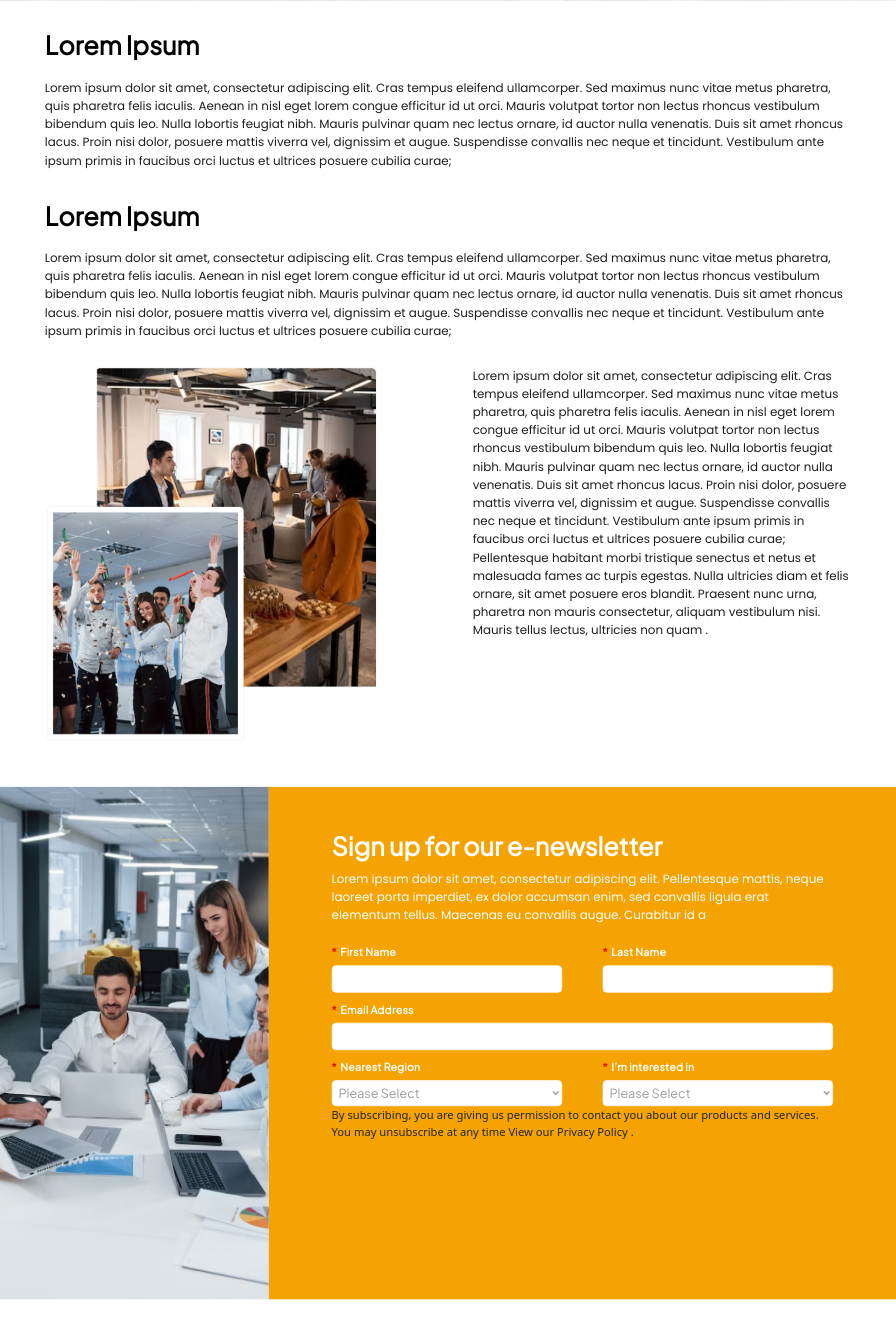
Repository: Akash8377/Hospitality-website
Page: /about-us
These files come from the project's save history. The page is drawn as it stood at one moment and after the next save; the edit follows.
The browser window is 1280 px wide. The pictures show the part of the page from y = 683 to 2603 px (the page is 2603 px tall), at 70% of full size.
Some web libraries are served in a nearby version. The project was rebuilt for these pictures with package versions that can differ from the ones it lists, and the page was loaded fresh each time. Also part of the build but not shown: src/Component/Partial/heading-cont.js, src/Component/Shared/about-us.js, src/Component/Shared/Banner.js, src/Component/Shared/popular-jobs.js, src/Component/Sliders/ServiceSlider.js, src/Component/Sliders/ReviewSlider.js, src/Component/Partial/index-banner.js, src/Component/Partial/index-buisness-banner.js and 2 more.

Above is the page before, as saved 2023-07-07 12:17:02.

### public/index.html
<!-- @format -->

<!DOCTYPE html>
<html lang="en">
  <head>
    <meta charset="utf-8" />
    <link rel="icon" href="%PUBLIC_URL%/favicon.ico" />
    <meta name="viewport" content="width=device-width, initial-scale=1" />
    <meta name="theme-color" content="#000000" />
    <meta
      name="description"
      content="Web site created using create-react-app"
    />
    <link rel="apple-touch-icon" href="%PUBLIC_URL%/logo192.png" />
    <link rel="manifest" href="%PUBLIC_URL%/manifest.json" />

    <link rel="preconnect" href="https://fonts.googleapis.com" />
    <link rel="preconnect" href="https://fonts.gstatic.com" crossorigin />
    <link href="https://fonts.googleapis.com/css2?family=Plus+Jakarta+Sans&family=Poppins&display=swap" rel="stylesheet">
    <title>React App</title>
  </head>
  <body>
    <noscript>You need to enable JavaScript to run this app.</noscript>
    <div id="root"></div>
  </body>
  <script src="https://kit.fontawesome.com/b533b351e4.js" crossorigin="anonymous"></script>
</html>

### src/index.css
/** @format */

body {
  margin: 0;
  padding: 0;
  font-family: -apple-system, BlinkMacSystemFont, "Segoe UI", "Roboto", "Oxygen",
    "Ubuntu", "Cantarell", "Fira Sans", "Droid Sans", "Helvetica Neue",
    sans-serif;
  -webkit-font-smoothing: antialiased;
  -moz-osx-font-smoothing: grayscale;
}

code {
  font-family: source-code-pro, Menlo, Monaco, Consolas, "Courier New",
    monospace;
}

### src/App.js
import React from 'react'
import {  BrowserRouter  , Route , Routes } from 'react-router-dom'
import HomePage from './Pages/HomePage'



// Css
import './Css/Navbar.css'
import './Css/Lap.css'
import AboutUs from './Pages/AboutUs'
const App = () => {
  return (
    <>
      <BrowserRouter>
        <Routes>
            <Route path='/' element={<HomePage />} />
            <Route path='/about-us' element={<AboutUs />} />
        </Routes>
      </BrowserRouter>
    </>
  )
}

export default App

### src/Css/Navbar.css
/** @format */

.Navbar {
  display: flex;
  justify-content: space-evenly;
  box-shadow: 0px 10px 30px 0px rgba(0, 0, 0, 0.25);
  background-color: #033c59;
  padding: 20px;
  align-items: center;
}
.Navbar .main {
  width: 15%;
  text-align: center;
}
.Navbar .main a {
  text-decoration: none;
  color: #fff;
  font-size: 20px;
  font-family: Plus Jakarta Sans;
  font-style: normal;
  font-weight: 400;
  line-height: 24px;
  letter-spacing: 1px;
  margin: 0;
}

.Navbar .main img {
  display: block;
  margin: auto;
  max-width: 100%;
}
.Navbar .main div {
  border-radius: 24px;
  border: 1px solid #f3f4f6;
  background: #eee;
  padding: 8px;
  display: flex;
  justify-content: space-between;
  padding-left: 10px;
  padding-right: 10px;
}
.Navbar .main div input {
  border: none;
  background-color: transparent;
  outline: none;
  color: #6b7280;
  font-size: 14px;
  font-family: Plus Jakarta Sans;
  font-style: normal;
  font-weight: 400;
  line-height: normal;
  width: 80%;
}
.Navbar .main button {
  border-radius: 8px;
  background: #f5a302;
  width: 120px;
  padding: 10px;
  color: #fff;
  text-align: center;
  font-size: 16px;
  font-family: Plus Jakarta Sans;
  font-style: normal;
  font-weight: 800;
  line-height: normal;
  outline: none;
  border: 1px solid #f5a302;
}

.Navbar .main a:focus{
    font-weight: 700;
}

### src/Css/Lap.css
/** @format */

/* Home Page Banner */
.Banner {
  min-height: 600px;
  max-height: 800px;
  width: 100%;
  background-image: url("../../public/Image/1.png");
  background-size: cover;
  background-repeat: no-repeat;
  position: relative;
}
.Banner h2 {
  color: #fff;
  text-align: center;
  font-size: 60px;
  font-family: Plus Jakarta Sans;
  font-style: normal;
  font-weight: 700;
  line-height: 90px;
}
.Banner p {
  color: rgba(255, 255, 255, 0.7);
  text-align: center;
  font-size: 17px;
  font-family: Plus Jakarta Sans;
  font-style: normal;
  font-weight: 400;
  line-height: 28px;
}

.Banner .two_button {
  display: flex;
  justify-content: center;
  gap: 20px;
}
.Banner .two_button button {
  border-radius: 10px;
  background: #033c59;
  border: 1px solid #033c59;
  box-shadow: 0px 0px 3px 0px rgba(60, 72, 88, 0.15);
  width: 457px;
  color: #fff;
  height: 92px;
  color: #fff;
  font-size: 28px;
  font-family: Plus Jakarta Sans;
  font-style: normal;
  font-weight: 700;
  line-height: normal;
  display: flex;
  justify-content: center;
  align-items: center;
  gap: 20px;
}

.Banner .Bottom_Button {
  border-radius: 10px;
  background: #f5a302;
  box-shadow: 0px 0px 3px 0px rgba(60, 72, 88, 0.15);
  color: #fff;
  text-align: center;
  font-size: 28px;
  font-family: Plus Jakarta Sans;
  font-style: normal;
  font-weight: 700;
  border: 1px solid #f5a302;
  height: 92px;
  width: 666px;
  display: flex;
  justify-content: center;
  align-items: center;
  gap: 20px;
  margin: auto;
  margin-top: 20px;
}

.Banner .content {
  position: absolute;
  top: 50%;
  left: 50%;
  transform: translate(-50%, -50%);
}

/* -------------------------- */

/* Home Page About us Section */
.Three_Div {
  display: flex;
  justify-content: space-evenly;
  gap: 20px;
  flex-wrap: wrap;
  margin-top: 2%;
  padding: 20px;
}
.Three_Div .Item {
  width: 357.126px;
}
.Three_Div .Item .upper {
  width: 100%;
  height: 381.393px;
  position: relative;
  background-image: url("../../public/Image/2.png");
}
.Three_Div .Item .upper .head {
  color: #fff;
  text-align: center;
  font-size: 36px;
  font-family: Plus Jakarta Sans;
  font-style: normal;
  font-weight: 600;
  max-width: 100%;
  width: 100%;
  margin: auto;
  position: absolute;
  bottom: 30px;
  left: 50%;
  transform: translate(-50%);
}
.Three_Div .Item .desc {
  color: #1d1d1d;
  text-align: center;
  font-size: 14px;
  font-family: Poppins;
  font-style: normal;
  font-weight: 400;
  line-height: normal;
  margin-top: 20px;
}
.Three_Div .Item button {
  border-radius: 6px;
  border: 1px solid #f5a302;
  background: #fef6e6;
  padding: 5px 21.02px 5px 21px;
  display: block;
  margin: auto;
  color: #f5a302;
  text-align: center;
  font-size: 15px;
  font-family: Plus Jakarta Sans;
  font-style: normal;
  font-weight: 600;
  line-height: 28px;
  letter-spacing: 0.375px;
}

/* Home Page Heading Container*/
.Center_Heading {
  margin-top: 5%;
}
.Center_Heading h5 {
  color: #161c2d;
  text-align: center;
  font-size: 36px;
  font-family: Plus Jakarta Sans;
  font-style: normal;
  font-weight: 600;
  line-height: 39px;
}
.Center_Heading .desc {
  color: #1d1d1d;
  text-align: center;
  font-size: 14px;
  font-family: Poppins;
  font-style: normal;
  font-weight: 400;
  line-height: normal;
  max-width: 600px;
  margin: auto;
}

/* Home Page Popular Jobs */
.Popular_Jobs {
  padding: 20px;
}
.Popular_Jobs table {
  table-layout: fixed;
  width: 90%;
  margin: auto;
  text-align: center;
}
.Popular_Jobs table tbody td .flex-cont {
  display: flex;
  gap: 5px;
  justify-content: center;
  align-items: center;
}

.Popular_Jobs table tbody tr {
  margin-top: 30px 0 !important;
  border-radius: 4px;
  background: rgba(255, 255, 255, 0);
  box-shadow: 0px 0px 3px 0px rgba(60, 72, 88, 0.15);
  border: 1px solid rgba(255, 255, 255, 0);
}
.Popular_Jobs table tbody tr td {
  padding: 10px;
}
.Popular_Jobs table tbody td .flex-cont p {
  color: #161c2d;
  font-size: 17px;
  font-family: Plus Jakarta Sans;
  font-style: normal;
  font-weight: 600;
  line-height: 28px;
  margin: 0;
}
.Popular_Jobs table tbody td .flex-cont button {
  border-radius: 6px;
  border: 1px solid #005479;
  background: #005479;
  color: #fff;
  text-align: center;
  font-size: 15px;
  font-family: Plus Jakarta Sans;
  font-style: normal;
  font-weight: 600;
  line-height: 28px;
  letter-spacing: 0.375px;
}
.Popular_Jobs table tbody td .flex-cont i {
  color: #005479;
  width: 40px;
  height: 40px;
  border: 1px solid #005479;
  text-align: center;
  border-radius: 100%;
  background-color: rgba(3, 0, 129, 0.05);
  padding: 10px;
}
.Popular_Jobs table tbody td .flex-vertical-cont {
  display: flex;
  flex-direction: column;
}
.Popular_Jobs table tbody td .flex-vertical-cont p {
  margin: 0;
  color: #161c2d;
  font-size: 15px;
  font-family: Plus Jakarta Sans;
  font-style: normal;
  font-weight: 700;
  line-height: 28px;
}
.Popular_Jobs table tbody td .flex-vertical-cont select {
  border-radius: 6px;
  border: 1px solid #777;
  background: #eee;
  width: 164px;
  margin: auto;
  outline: none;
  color: #777;
  font-size: 14px;
  font-family: Plus Jakarta Sans;
  font-style: normal;
  font-weight: 400;
  line-height: 20px;
}
.Popular_Jobs table tbody td .flex-vertical-cont div {
  display: flex;
  gap: 5px;
  align-items: center;
  justify-content: center;
}
.Popular_Jobs table tbody td .flex-vertical-cont div p {
  color: #94a3b8;
  font-size: 15px;
  font-family: Plus Jakarta Sans;
  font-style: normal;
  font-weight: 400;
  line-height: 28px;
}
.Popular_Jobs table tbody td .flex-vertical-cont div i {
  color: #94a3b8;
}

/* Home Page Service Slider */
.Service_Slider_Container {
  position: relative;
  margin-top: 20px;
}
.Service_Slider_Container .Service_Slider .Main {
  width: 421px !important;
  height: 506px !important;
  position: relative;
  display: block !important;
  margin: auto;
}
.Service_Slider_Container .Service_Slider .Main img {
  position: absolute;
  top: 0;
  bottom: 0;
  left: 0;
  right: 0;
  z-index: -1;
}
.Service_Slider_Container .slick-arrow {
  display: none !important;
}

.Service_Slider_Container .Service_Slider .Main .head {
  color: #fff;
  text-align: center;
  font-size: 36px;
  font-family: Plus Jakarta Sans;
  font-style: normal;
  font-weight: 600;
  line-height: 28px;
  position: absolute;
  top: 50%;
  left: 50%;
  transform: translate(-50%, -50%);
  width: 100%;
}
.Service_Slider_Container .Service_Slider .Main button {
  display: flex;
  gap: 10px;
  align-items: center;
  border-radius: 6px;
  border: 1px solid #fff;
  background: #fff;
  width: 148.49px;
  height: 37.865px;
  color: #000;
  text-align: center;
  font-size: 15px;
  font-family: Plus Jakarta Sans;
  font-style: normal;
  font-weight: 600;
  line-height: 28px;
  letter-spacing: 0.375px;
  position: absolute;
  top: 70%;
  left: 50%;
  transform: translate(-50%, -50%);
  text-align: center;
  justify-content: center;
}

/* Home Page Review Slider */
.Review_Slider_Container {
  position: relative;
  margin-top: 30px;
  margin-bottom: 20px;
}
.Review_Slider_Container .Review_Slider .Main {
  width: 357px !important;
  height: 466px !important;
  position: relative;
  display: block !important;
  margin: auto;
  background: #fff;
  box-shadow: 0px 20px 40px 10px rgba(159, 159, 159, 0.15),
    0px -10px 50px 0px rgba(0, 0, 0, 0.1);
  padding: 20px;
}

.Review_Slider_Container .slick-arrow {
  display: none !important;
}
.Review_Slider_Container .Review_Slider .Main .User_Profile {
  display: flex;
  justify-content: space-between;
  max-width: 90%;
  gap: 10px;
  align-items: center;
}

.Review_Slider_Container .Review_Slider .Main .User_Profile img {
  width: 73px;
  height: 73px;
  border-radius: 100%;
}
.Review_Slider_Container .Review_Slider .Main .User_Profile p {
  margin: 0;
}

.Review_Slider_Container .Review_Slider .Main .User_Profile div .head {
  color: #000;
  font-size: 22px;
  font-family: Plus Jakarta Sans;
  font-style: normal;
  font-weight: 700;
  line-height: 39px;
}
.Review_Slider_Container .Review_Slider .Main .User_Profile div .desc {
  color: #9c9c9c;
  font-size: 15px;
  font-family: Plus Jakarta Sans;
  font-style: normal;
  font-weight: 700;
  line-height: 39px;
}

.Review_Slider_Container .Review_Slider .Main .Reviews {
  display: flex;
  align-items: center;
  justify-content: space-between;
  margin-top: 10px;
}
.Review_Slider_Container .Review_Slider .Main .Reviews div {
  display: flex;
  gap: 5px;
}
.Review_Slider_Container .Review_Slider .Main .Reviews div i {
  color: #ffc107;
  font-size: 23px;
}

.Review_Slider_Container .Review_Slider .Main .Reviews p {
  margin: 0;
  color: #9c9c9c;
  font-size: 15px;
  font-family: Plus Jakarta Sans;
  font-style: normal;
  font-weight: 700;
  line-height: 39px;
}
.Review_Slider_Container .Review_Slider .Main .content {
  text-align: left;
  margin-top: 10px;
}
.Review_Slider_Container .Review_Slider .Main .content p {
  color: #000;
  font-size: 17px;
  font-family: Plus Jakarta Sans;
  font-style: normal;
  font-weight: 400;
  line-height: 28px;
}

/* Index Two Sec Banner */
.Index_Banner_Two_Sec {
  display: flex;
  width: 90%;
  margin: auto;
  align-items: stretch;
  margin-top: 2%;
  justify-content: center;
  height: 550px;
  max-width: 1200px;
  margin-bottom: 20px;
}
.Index_Banner_Two_Sec .left {
  width: 30%;
  display: flex;
  justify-content: flex-end;
}
.Index_Banner_Two_Sec .left img {
  width: auto;
  max-height: 100%;
}

.Index_Banner_Two_Sec .right {
  width: 70%;
  background-color: #f5a302;
  position: relative;
}
.Index_Banner_Two_Sec .right .content {
  position: absolute;
  top: 50%;
  left: 50%;
  transform: translate(-50%, -50%);
  width: 90%;
  margin: auto;
}
.Index_Banner_Two_Sec .right .content h5 {
  color: #fff;
  font-family: Plus Jakarta Sans;
  font-size: 36px;
  font-style: normal;
  font-weight: 600;
  line-height: 54px;
}
.Index_Banner_Two_Sec .right .content p {
  color: #fff;
  font-family: Plus Jakarta Sans;
  font-size: 17px;
  font-style: normal;
  line-height: 28px;
}
.Index_Banner_Two_Sec .right .content ul {
  list-style: none;
  padding-left: 0;
}
.Index_Banner_Two_Sec .right .content ul li {
  display: flex;
  gap: 10px;
  align-items: center;
}
.Index_Banner_Two_Sec .right .content ul li span {
  color: #fff;
  font-family: Plus Jakarta Sans;
  font-size: 15px;
  font-style: normal;
  font-weight: 400;
  line-height: 28px;
}

/* Index Buisness Banner */
.Index_Buisness_Banner {
  display: flex;
  justify-content: space-evenly;
  width: 90%;
  margin: auto;
  margin-top: 5%;
}
.Index_Buisness_Banner .left {
  width: 50%;
  padding: 20px;
}
.Index_Buisness_Banner .left h5 {
  color: #161c2d;
  font-family: Plus Jakarta Sans;
  font-size: 36px;
  font-style: normal;
  font-weight: 600;
  line-height: 39px;
}
.Index_Buisness_Banner .left p {
  color: #1d1d1d;
  font-family: Poppins;
  font-size: 14px;
  font-style: normal;
  font-weight: 400;
  line-height: normal;
  max-width: 60%;
}
.Index_Buisness_Banner .left .Two_Sec {
  display: flex;
  justify-content: space-between;
  flex-wrap: wrap;
}

.Index_Buisness_Banner .left .Two_Sec .Main {
  width: 49%;
  border-radius: 4px;
  background: #f8fafc;
  box-shadow: 0px 0px 3px 0px rgba(60, 72, 88, 0.15);
  padding: 20px;
  display: flex;
  align-items: flex-start;
  gap: 10px;
  margin-top: 20px;
}
.Index_Buisness_Banner .left .Two_Sec .Main div {
  display: flex;
  flex-direction: column;
  width: 60%;
}
.Index_Buisness_Banner .left .Two_Sec .Main div h6 {
  color: #161c2d;
  font-family: Plus Jakarta Sans;
  font-size: 16px;
  font-style: normal;
  font-weight: 600;
  line-height: 28px;
}

.Index_Buisness_Banner .left .Two_Sec .Main div p {
  color: #005479;
  font-family: Plus Jakarta Sans;
  font-size: 14px;
  font-style: normal;
  font-weight: 400;
  line-height: 20px;
  width: 100%;
}
.Index_Buisness_Banner .left .Last_Text {
  display: flex;
  gap: 10px;
  color: #94a3b8;
  text-align: center;
  font-family: Plus Jakarta Sans;
  font-size: 15px;
  font-style: normal;
  font-weight: 600;
  line-height: 28px;
  letter-spacing: 0.375px;
  align-items: center;

  margin: 0;
  margin-top: 10px;
}
.Index_Buisness_Banner .right {
  width: 30%;
}
.Index_Buisness_Banner .right img {
  max-width: 100%;
  display: block;
  margin: auto;
}

/* Footer  */
.Footer {
  background: #f5a302;
  margin-top: 5%;
  padding-bottom: 50px;
}
.Footer .Upper_Div {
  display: flex;
  width: 90%;
  margin: auto;
  justify-content: space-between;
  padding-top: 2%;
  align-items: center;
}
.Footer .Upper_Div div {
  width: 15%;
}
.Footer .Upper_Div div p {
  margin: 0;
  color: #fff;
  font-family: Plus Jakarta Sans;
  font-size: 20px;
  font-style: normal;
  font-weight: 800;
  line-height: normal;
}
.Footer .Upper_Div div button {
  color: #fff;
  text-align: center;
  font-family: Plus Jakarta Sans;
  font-size: 16px;
  font-style: normal;
  font-weight: 800;
  border-radius: 8px;
  background: #005479;
  border: 1px solid #005479;
  width: 100%;
  padding: 10px;
  line-height: normal;
}

.Footer .Down_Div {
  display: flex;
  justify-content: space-between;
  width: 90%;
  margin: auto;
  margin-top: 40px;
}

.Footer .Down_Div .left h5 {
  color: #fff;
  font-family: Plus Jakarta Sans;
  font-size: 26px;
  font-style: normal;
  font-weight: 700;
  line-height: 39px;
}
.Footer .Down_Div .left .two_sec {
  display: flex;
  align-items: center;
  gap: 10px;
  margin-top: 30px;
}
.Footer .Down_Div .left .two_sec p {
  margin: 0;
  color: #fff;
  font-family: Plus Jakarta Sans;
  font-size: 17px;
  font-style: normal;
  font-weight: 500;
  line-height: normal;
}
.Footer .Down_Div .left .two_sec i {
  color: #fff;
  font-size: 20px;
}

.Footer .Down_Div .left .copyRight {
  color: #fff;
  font-family: Plus Jakarta Sans;
  font-size: 20px;
  margin-top: 40px;
  font-style: normal;
  font-weight: 500;
  line-height: normal;
}

/* About Us Page */
.AboutUs {
  min-height: 600px;
  max-height: 800px;
  width: 100%;
  background-image: url("../../public/Image/11.png");
  background-size: cover;
  background-repeat: no-repeat;
  position: relative;
}
.AboutUs h2 {
  color: #fff;
  text-align: center;
  font-size: 36px;
  font-family: Plus Jakarta Sans;
  font-style: normal;
  font-weight: 700;
  line-height: 90px;
}
.AboutUs p {
  color: rgba(255, 255, 255, 0.7);
  text-align: center;
  font-size: 14px;
  font-family: Plus Jakarta Sans;
  font-style: normal;
  font-weight: 400;
  line-height: 28px;
}

.AboutUs .content {
  position: absolute;
  top: 60%;
  left: 50%;
  transform: translate(-50%, -50%);
}

.About_Us-Content {
  width: 90%;
  margin: auto;
  margin-top: 3%;
}
.About_Us-Content h5 {
  color: #000;
  font-family: Plus Jakarta Sans;
  font-size: 36px;
  font-style: normal;
  font-weight: 600;
  line-height: 54px;
}
.About_Us-Content p {
  color: #1d1d1d;
  font-family: Poppins;
  font-size: 17px;
  font-style: normal;
  font-weight: 400;
  line-height: normal;
  margin-top: 20px;
}

.About_Us-two_Sec {
  display: flex;
  width: 90%;
  margin: auto;
  justify-content: space-between;
  margin-top: 3%;
}
.About_Us-two_Sec .right {
  width: 70%;
  text-align: left;
  display: flex;
  justify-content: flex-end;
}
.About_Us-two_Sec .right p {
  max-width: 80%;
  color: #1d1d1d;
  font-family: Poppins;
  font-size: 17px;
  font-style: normal;
  font-weight: 400;
  line-height: normal;
}

.About-Us_Newsletter {
  display: flex;
  align-items: stretch;
  max-height: 900px;
  margin-top: 5%;
  margin-bottom: 5%;
}
.About-Us_Newsletter .left {
  width: 30%;
}
.About-Us_Newsletter .left img {
  height: 100%;
  width: 100%;
}

.About-Us_Newsletter .right {
  background: #f5a302;
  width: 70%;
  padding-top: 5%;
}
.About-Us_Newsletter .right .content {
  width: 80%;
  margin: auto;
}
.About-Us_Newsletter .right .content h5 {
  color: #fff;
  font-family: Plus Jakarta Sans;
  font-size: 36px;
  font-style: normal;
  font-weight: 700;
  line-height: 39px;
}
.About-Us_Newsletter .right .content .desc {
  color: #fff;
  font-family: Poppins;
  font-size: 17px;
  font-style: normal;
  font-weight: 400;
  line-height: normal;
  margin-top: 2%;
}
.About-Us_Newsletter .right .content form {
  margin-top: 2%;
}
.About-Us_Newsletter .right .content form .Two_Inputs {
  display: flex;
  gap: 20px;
  justify-content: space-between;
  align-items: center;
}
.About-Us_Newsletter .right .content form .Two_Inputs div {
  width: 46%;
  display: flex;
  flex-direction: column;
  gap: 5px;
  margin-top: 10px;
}
.About-Us_Newsletter .right .content form .Two_Inputs div label {
  color: #fff;
  font-family: Plus Jakarta Sans;
  font-size: 15px;
  font-style: normal;
  font-weight: 700;
  line-height: 28px;
  letter-spacing: 0.375px;
  display: flex;
  gap: 5px;
}
.About-Us_Newsletter .right .content form .Two_Inputs div label span {
  color: #e51111;
}
.About-Us_Newsletter .right .content form .Two_Inputs div input {
  border-radius: 6px;
  border: 1px solid #fff;
  background: #fff;
  width: 100%;
  padding: 5px;
  outline: none;
  font-family: Plus Jakarta Sans;
  font-size: 18px;
  font-style: normal;
}
.About-Us_Newsletter .right .content form .Single_Input {
  margin-top: 10px;
}
.About-Us_Newsletter .right .content form .Single_Input div{
  width: 100%;
  display: flex;
  flex-direction: column;
  gap: 5px;
}
.About-Us_Newsletter .right .content form .Single_Input div label {
  color: #fff;
  font-family: Plus Jakarta Sans;
  font-size: 15px;
  font-style: normal;
  font-weight: 700;
  line-height: 28px;
  letter-spacing: 0.375px;
  display: flex;
  gap: 5px;
}
.About-Us_Newsletter .right .content form .Single_Input div input {
  border-radius: 6px;
  border: 1px solid #fff;
  background: #fff;
  width: 100%;
  padding: 5px;
  outline: none;
  font-family: Plus Jakarta Sans;
  font-size: 18px;
  font-style: normal;
}
.About-Us_Newsletter .right .content form .Single_Input div label span {
  color: #e51111;
}
.About-Us_Newsletter .right .content form .Two_Inputs div select {
  border-radius: 6px;
  border: 1px solid #fff;
  background: #fff;
  width: 100%;
  padding: 5px;
  outline: none;
  font-family: Plus Jakarta Sans;
  font-size: 18px;
  font-style: normal;
  color: #9C9C9C;
}

.About-Us_Newsletter .right .content .Policy{

}

### src/Pages/AboutUs.js
/** @format */

import React from "react";
import Navbar from "../Component/Navbar/Navbar";
import Banner from "../Component/Partial/About Us Component/Banner";
import ContentDescription from "../Component/Partial/About Us Component/content-description";
import Newsletter from "../Component/Partial/About Us Component/Newsletter";
import TwoSection from "../Component/Partial/About Us Component/two-section";

const AboutUs = () => {
  return (
    <>
      <Navbar />
      <Banner />
      <ContentDescription />
      <ContentDescription />
      <TwoSection />
      <Newsletter />
    </>
  );
};

export default AboutUs;

Loaded but not shown: src/index.js (common file); src/Component/Partial/About Us Component/Newsletter.js (73 lines, source omitted); src/Component/Partial/About Us Component/two-section.js (33 lines, source omitted); src/Component/Partial/About Us Component/Banner.js (18 lines, source omitted); src/Component/Navbar/Navbar.js (45 lines, source omitted); src/Component/Partial/About Us Component/content-description.js (12 lines, source omitted)

After the next save:
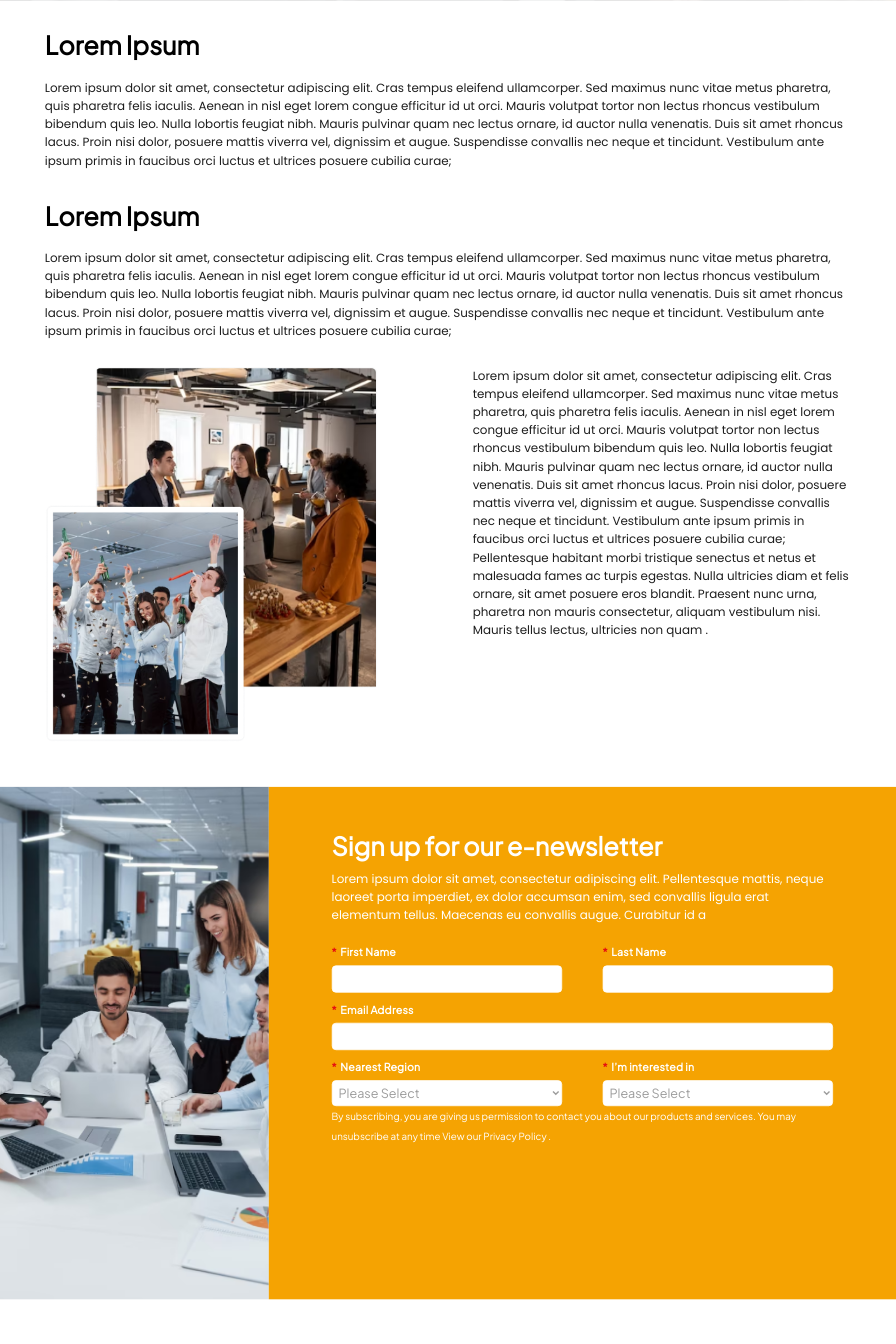
Saved 5 s later.
--- a/src/Css/Lap.css
+++ b/src/Css/Lap.css
@@ -889,5 +889,10 @@
 }
 
 .About-Us_Newsletter .right .content .Policy{
-
-}
+  color: #FFF;
+font-family: Plus Jakarta Sans;
+font-size: 14px;
+font-style: normal;
+font-weight: 400;
+line-height: 28px;
+}
